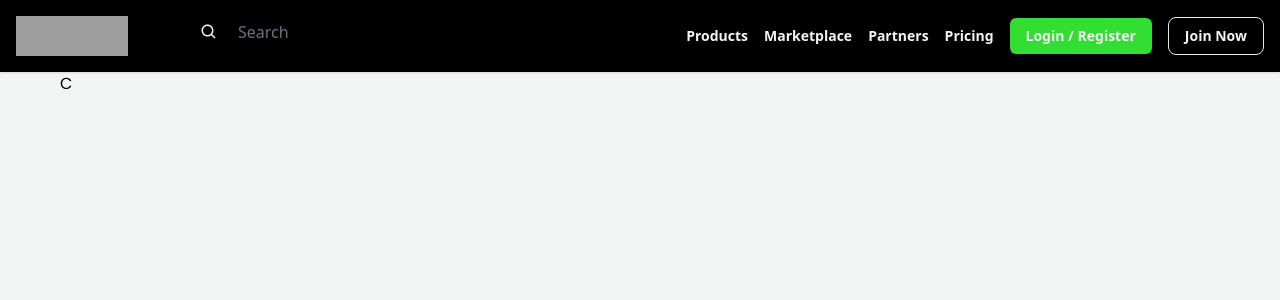
Repository: Shamraiz761/Frontend-Assessment
Page: /chat
The author's editor kept a copy of each file at every save. The page is drawn from the files as they stood at one save, then again after the next save.
The browser window is 1280 px wide. The pictures show the whole page.
Pictures or frames that could not be fetched are drawn as grey boxes. The project was rebuilt for these pictures with package versions that can differ from the ones it lists, and the page was loaded fresh each time. Also part of the build but not shown: vite.config.js, src/routes/index.css, src/routes/root.jsx, src/components/chat/userChat.jsx, src/components/chat/chatsCard.jsx, src/pages/chat/index.jsx.

Above is the page before, as saved 2023-07-06 14:12:36.

After the next save:
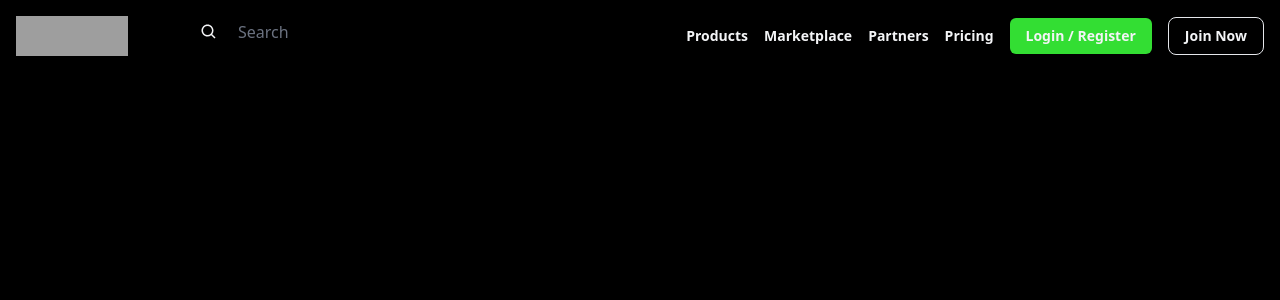
Saved 35 s later.
--- a/src/index.css
+++ b/src/index.css
@@ -18,7 +18,7 @@ body {
   -moz-osx-font-smoothing: grayscale;
   width: 100vw;
   overflow-x: hidden;
-  background-color: #f2f5f3;
+  background-color: black;
   /* background: linear-gradient(180deg, #faefe8 0%, #edc7ac 100%); */
 }
 
